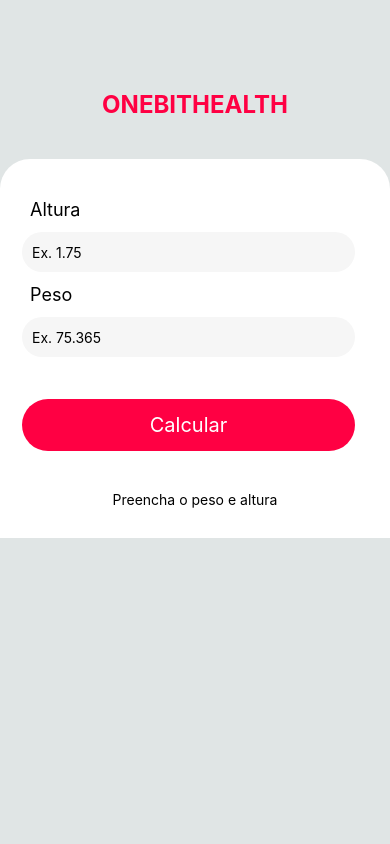
Repository: GustavoMSevero/onebithealth
Screen: /
These files come from the project's save history. The screen is drawn as it stood at one moment and after the next save; the edit follows.
The app was drawn by React Native's web renderer in a window 390 px wide. The project was rebuilt for these pictures with package versions that can differ from the ones it lists, and the page was loaded fresh each time.

Above is the screen before, as saved 2024-09-06 17:01:34.

### App.js
import { StyleSheet, View } from 'react-native';
import Title from './src/components/Title';
import Main from './src/components/Main';

export default function App() {
  return (
    <View style={styles.container}>
      <Title />
      <Main />
    </View>
  );
}

const styles = StyleSheet.create({
  container: {
    flex: 1,
    backgroundColor: '#e0e5e5',
    paddingTop: 80,
  },
});

### src/components/Title/index.js
import React from "react";
import { View, Text } from "react-native";
import styles from "./style";

export default function Title() {
    return(
        <View style={styles.boxTitle}>
            <Text style={styles.textTitle}>ONEBITHEALTH</Text>
        </View>
    );
}

### src/components/Main/index.js
import React from "react";
import { View } from "react-native";
import Form from "../Form";

export default function Main() {
    return(
        <View>
            <Form />
        </View>
    );
}

### src/components/Title/style.js
import { StyleSheet } from 'react-native';

const style = StyleSheet.create({
    boxTitle: {
        alignItems: "center",
        justifyContent: "center",
        padding: 10,
    },
    textTitle: {
        color: "#FF0043",
        fontSize: 24,
        fontWeight: "bold",
    }
});

export default style;

### src/components/Form/index.js
import React, { useState } from "react";
import { TextInput, View, Text, TouchableOpacity } from "react-native";
import ResultImc from "./ResultImc";
import styles from "./style";

export default function Form() {

    const [height, setHeight] = useState(null)
    const [weight, setWeigth] = useState(null)
    const [messageImc, setMessageImc] = useState("Preencha o peso e altura")
    const [imc, setImc] = useState(null)
    const [textButton, setTextButton] = useState("Calcular")

    function imcCalculator() {
        return setImc((weight/(height*height)).toFixed(2));
    }

    function validationImc() {
        if(weight != null && height != null) {
            imcCalculator()
            setHeight(null)
            setWeigth(null)
            setMessageImc("Se imc é igual: ")
            setTextButton("Calcular novamente")
            return
        }
        setImc(null)
        setTextButton("Calcular")
        setMessageImc("Preencha o peso e altura")
    }

    return(
        <View style={styles.formContext}>
            <View style={styles.form}>
                <Text style={styles.formLabel}>Altura</Text>
                <TextInput
                    style={styles.input}
                    onChange={setHeight}
                    value={height}
                    placeholder="Ex. 1.75"
                    keyboardType="numeric"
                />
                <Text style={styles.formLabel}>Peso</Text>
                <TextInput
                    style={styles.input}
                    onChange={setWeigth}
                    value={weight}
                    placeholder="Ex. 75.365"
                    keyboardType="numeric"
                />
                <TouchableOpacity
                    style={styles.buttonCalculator}
                    onPress={() => {
                        validationImc()
                    }}
                >
                    <Text style={styles.textButtonCalculator}>{textButton}</Text>
                </TouchableOpacity>
            </View>
            <ResultImc messageResultImc={messageImc} resultImc={imc} />
        </View>
    );
}

### src/components/Form/ResultImc/index.js
import React from "react";
import { View, Text } from "react-native";
import styles from "./style";

export default function ResultImc(props) {
    return(
        <View>
            <Text>{props.messageResultImc}</Text>
            <Text>{props.resultImc}</Text>
        </View>
    );
}

### src/components/Form/style.js
import { StyleSheet } from "react-native";

const style = StyleSheet.create({
    formContext: {
        width: "100%",
        height: "100%",
        bottom: 0,
        backgroundColor: "#FFFFFF",
        alignItems: "center",
        borderTopLeftRadius: 30,
        borderTopRightRadius: 30,
        marginTop: 30,
    },
    form: {
        width: "100%",
        height: "auto",
        marginTop: 30,
        padding: 10,
    },
    formLabel: {
        color: "#000000",
        fontSize: 18,
        paddingLeft: 20,
    },
    input: {
        width: "90%",
        borderRadius: 50,
        backgroundColor: "#f6f6f6",
        height: 40,
        margin: 12,
        paddingLeft: 10,
    },
    buttonCalculator: {
        borderRadius: 50,
        alignItems: "center",
        justifyContent: "center",
        width: "90%",
        backgroundColor: "#FF0043",
        paddingTop: 14,
        paddingBottom: 14,
        marginLeft: 12,
        margin: 30,
    },
    textButtonCalculator: {
        fontSize: 20,
        color: "#ffffff",
    }
});

export default style;

### src/components/Form/ResultImc/style.js
import { StyleSheet } from "react-native";

const styles = StyleSheet.create({
    resultImc: {
        flex: 1,
        marginTop: 15,
        paddingTop: 60,
        borderRadius: 50,
        alignItems: "center",
        width: "100%",
        fontSize: 48,
        color: "#FF0043",
        fontWeight: "bold",
    },
    information: {
        fontSize: 18,
        color: "#FF0043",
        fontWeight: "bold",
    },
});

export default styles;

After the next save:
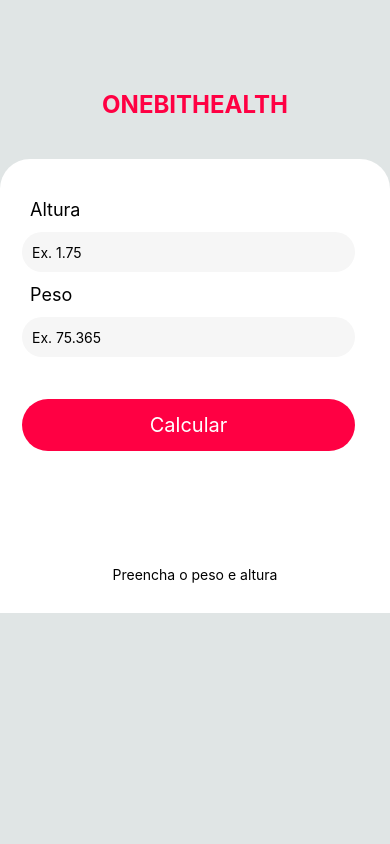
Saved 68 s later.
--- a/src/components/Form/ResultImc/index.js
+++ b/src/components/Form/ResultImc/index.js
@@ -4,7 +4,7 @@
 
 export default function ResultImc(props) {
     return(
-        <View>
+        <View style={styles.resultImc}>
             <Text>{props.messageResultImc}</Text>
             <Text>{props.resultImc}</Text>
         </View>
